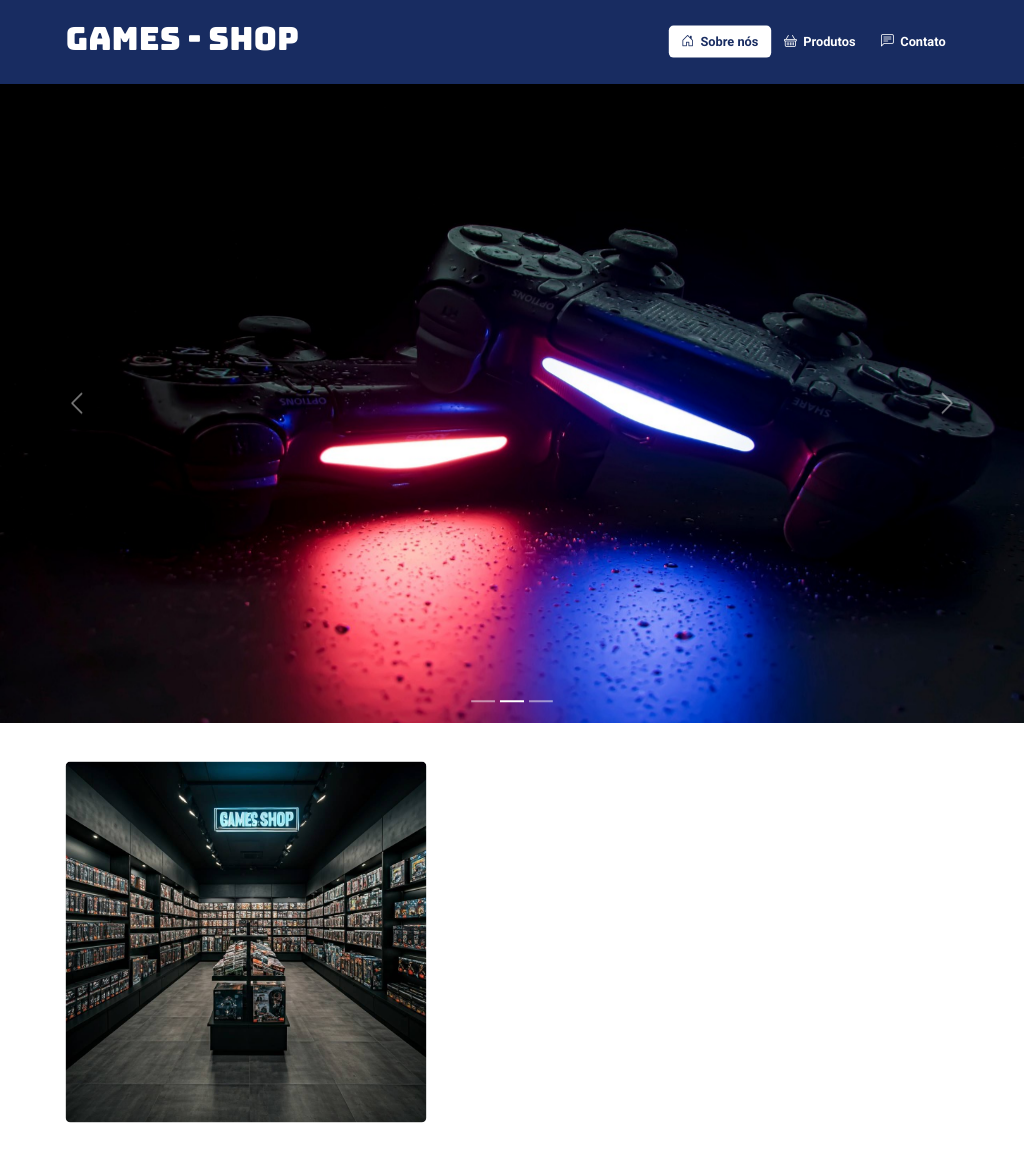
Repository: MatiasBrighent/GamesShop-Bootstrap
Page: index.html
An editor plug-in stored every save of this project. The page is shown before and after the next save, followed by the edit.
The browser window is 1280 px wide. The pictures show the whole page, at 80% of full size.

Above is the page before, as saved 2025-06-20 14:20:08.

### index.html
<!DOCTYPE html>
<html lang="en">
<head>
    <meta charset="UTF-8">
    <meta name="viewport" content="width=device-width, initial-scale=1.0">
    <title>Games - Shop</title>
    <link rel="stylesheet" href="https://cdn.jsdelivr.net/npm/bootstrap@5.3.7/dist/css/bootstrap.min.css">
    <link rel="stylesheet" href="https://cdn.jsdelivr.net/npm/bootstrap-icons@1.13.1/font/bootstrap-icons.min.css">
    <link rel="preconnect" href="https://fonts.googleapis.com">
    <link rel="preconnect" href="https://fonts.gstatic.com" crossorigin>
    <link href="https://fonts.googleapis.com/css2?family=Bungee&family=Roboto:ital,wght@0,100..900;1,100..900&display=swap" rel="stylesheet">
    <link rel="stylesheet" href="style.css">
</head>
<body>
    <header class="navbar navbar-expand-lg  sticky-top p-4" id="header">
        <div class="container">
            <h1 class="section-tittle">Games - Shop</h1>
            <button type="button" class="navbar-toggler" data-bs-toggle="collapse" data-bs-target="#menu-nav">
                <span class="navbar-toggler-icon text-colored"></span>
            </button>
            <nav id="menu-nav" class="navbar-collapse collapse justify-content-end">
                <ul class="nav nav-pills d-block d-md-flex ">
                    <li class="nav-item fw-bold ">
                        <a class="nav-link active" href="#">
                            <i class="bi bi-house-door me-1"></i>
                            Sobre nós
                        </a>
                    </li>
                    <li  class="nav-item fw-bold">
                        <a class="nav-link" href="#">
                            <i class="bi bi-basket me-1"></i>
                            Produtos
                        </a>
                    </li>
                    <li  class="nav-item fw-bold">
                        <a class="nav-link" href="#">
                            <i class="bi bi-chat-left-text me-1"></i>
                            Contato
                        </a>
                    </li>
            </nav>
        </div>
    </header>
    <div data-bs-spy="scroll" data-bs-target="header" data-bs-smooth-scrool="true">
        <section id="sobre">
            <div class="carousel slide" data-bs-ride="carousel" id="carousel">
                <div class="carousel-inner">
                    <div class="carousel-item active" data-bs-interval="3000">
                        <img class="w-100 " src="./images/slide/gameplay.jpg" alt="Gameplay de GTA V">
                    </div>
                    <div class="carousel-item active" data-bs-interval="3000">
                        <img class="w-100 " src="./images/slide/teclado+controle.jpg" alt="Teclado e um controle">
                    </div>
                    <div class="carousel-item active" data-bs-interval="3000">
                        <img class="w-100 " src="./images/slide/controles.jpg" alt="Dois controles de PS4">
                    </div>
                </div>
                <button type="button" class="carousel-control-prev" data-bs-target="#carousel" data-bs-slide="prev">
                    <span class="carousel-control-prev-icon"></span>
                </button>
                <button type="button" class="carousel-control-next" data-bs-target="#carousel" data-bs-slide="next">
                    <span class="carousel-control-next-icon"></span>
                </button>
                <div class="carousel-indicators">
                    <button type="button" data-bs-target="#carousel" data-bs-slide-to="0" class="active"></button>
                    <button type="button" data-bs-target="#carousel" data-bs-slide-to="1"></button>
                    <button type="button" data-bs-target="#carousel" data-bs-slide-to="2"></button>
                </div>
            </div>
            <div class="pt-5 pb-5">
                <div class="container">
                    <div class="row">
                        <div class="col-md-5">
                            <img src="images/Games-Shop.jpg" class="d-block w-100 rounded" alt="foto da nossa loja">
                        </div>
                    </div>
                </div>
            </div>
        </section>

    </div>

    <script src="https://cdn.jsdelivr.net/npm/bootstrap@5.3.7/dist/js/bootstrap.bundle.min.js"></script>
</body>
</html>

### style.css
body{
    font-family: Roboto, sans-serif;
}

.section-tittle{
    font-family: Bungee;
}

#header{
    background-color: #182c61;
}

#header .nav .nav-link.active{
    background-color: #fff;
    color: #182c61;
}

#header .nav .nav-link,
.section-tittle{
    color: #fff;
}

.navbar-toggler{
    background-color: #fff;
}

.carousel-item img{
    height: 800px;
}

After the next save:
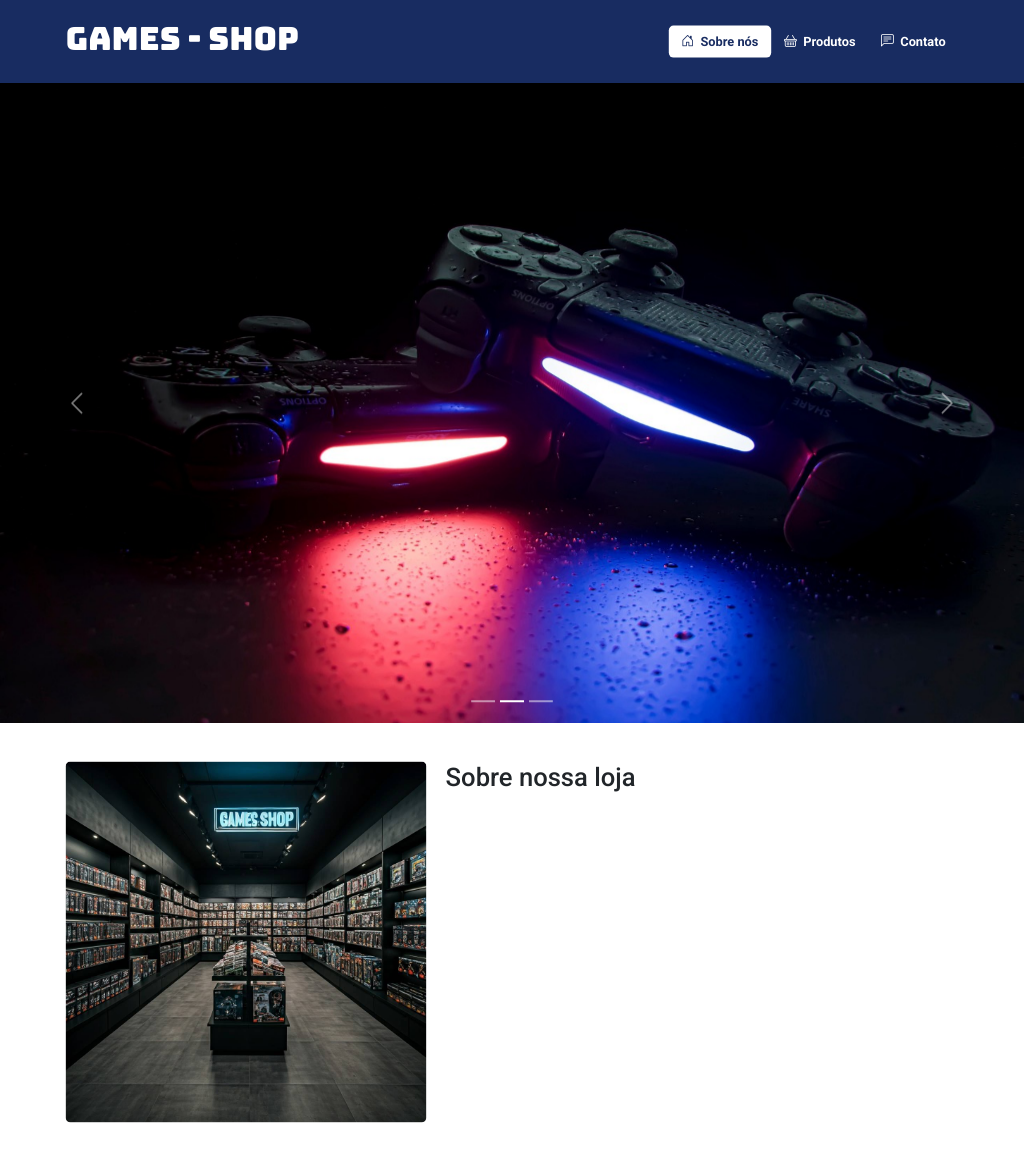
Saved 102 s later.
--- a/index.html
+++ b/index.html
@@ -73,6 +73,9 @@
                         <div class="col-md-5">
                             <img src="images/Games-Shop.jpg" class="d-block w-100 rounded" alt="foto da nossa loja">
                         </div>
+                        <div class="col-md-7">
+                            <h2 class="section-title mt-md-0">Sobre <span>nossa loja</span></h2>
+                        </div>
                     </div>
                 </div>
             </div>

After the save that followed:
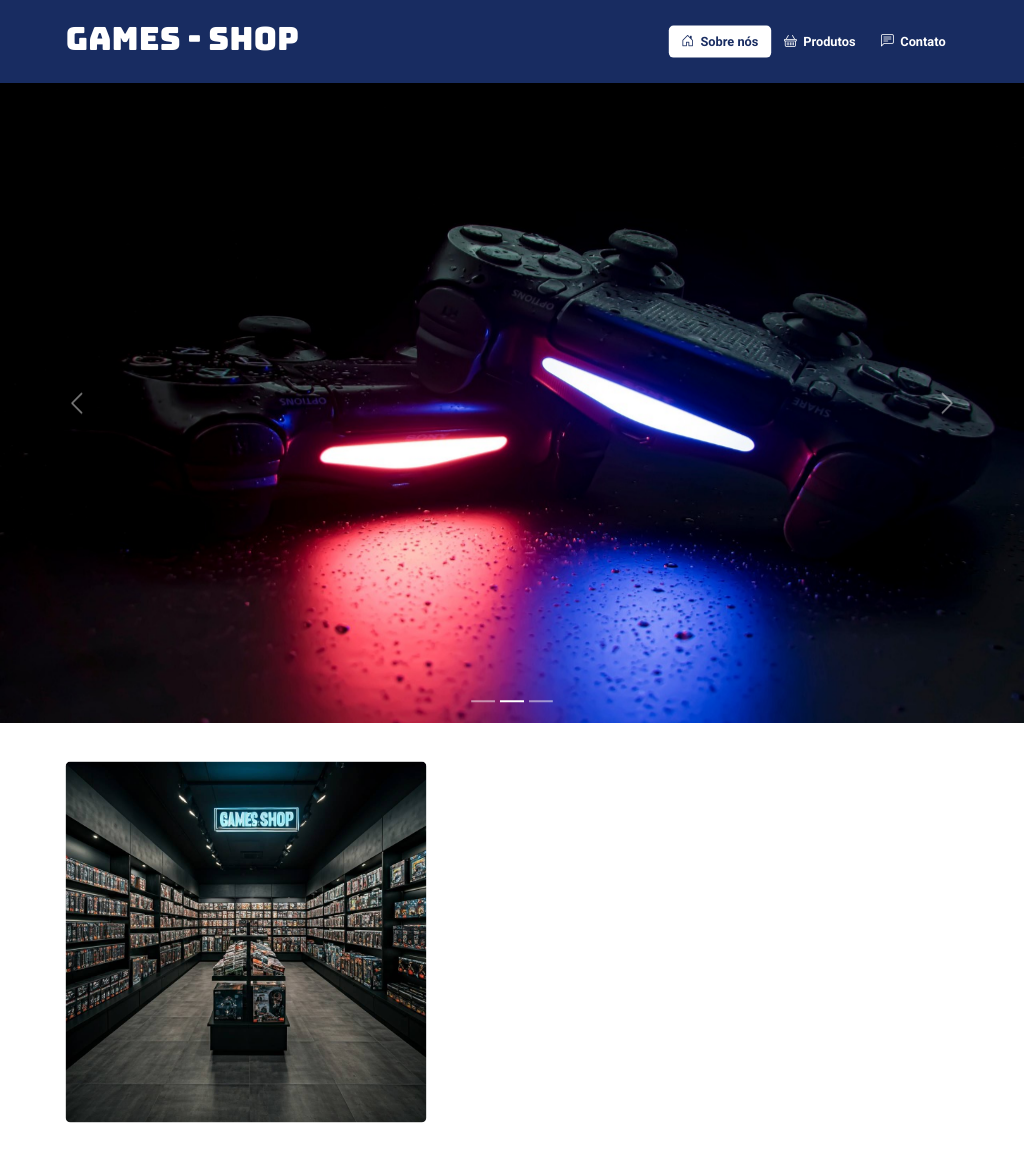
Saved 2 min 32 s later.
--- a/index.html
+++ b/index.html
@@ -74,7 +74,7 @@
                             <img src="images/Games-Shop.jpg" class="d-block w-100 rounded" alt="foto da nossa loja">
                         </div>
                         <div class="col-md-7">
-                            <h2 class="section-title mt-md-0">Sobre <span>nossa loja</span></h2>
+                            <h2 class="section-tittle mt-md-0">Sobre <span>nossa loja</span></h2>
                         </div>
                     </div>
                 </div>
